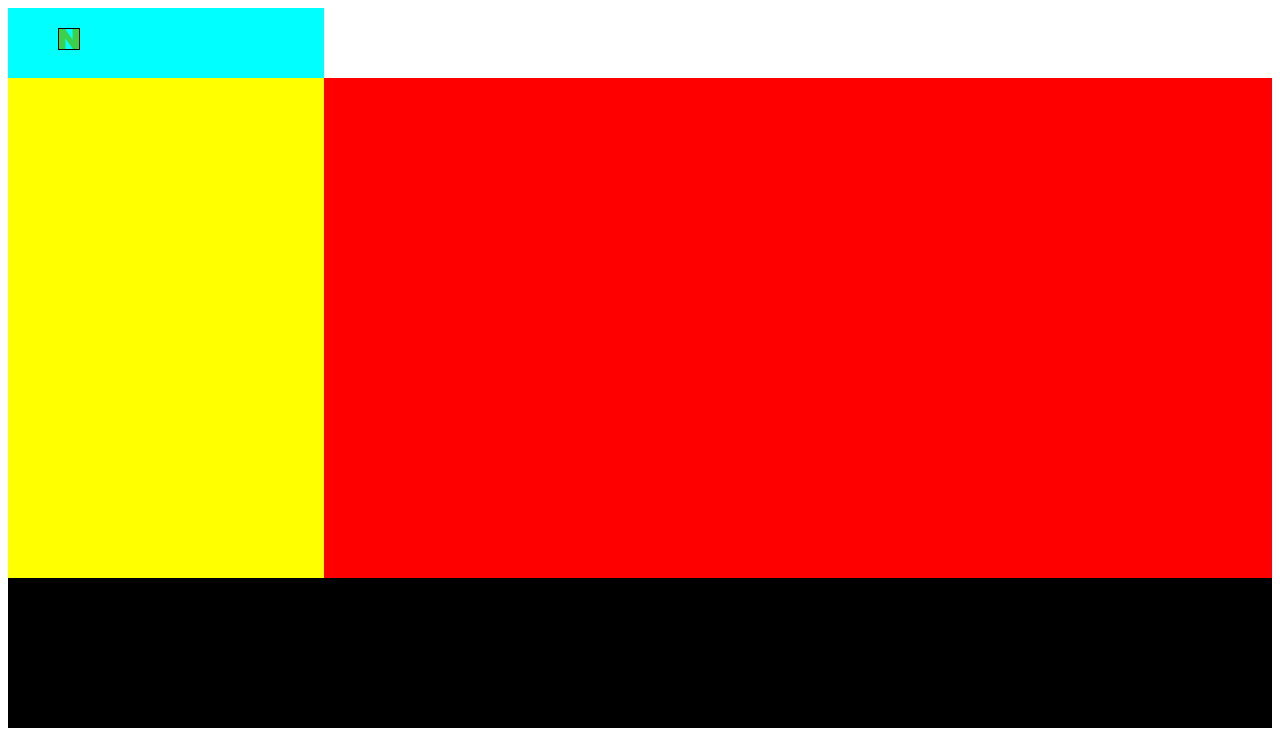
Repository: mireu930/Serverlet_App
Page: src/build/classes/webapp/template/layout.html
These files come from the project's save history. The page is drawn as it stood at one moment and after the next save; the edit follows.
The browser window is 1280 px wide. The pictures show the whole page.

Above is the page before, as saved 2025-02-07 11:28:45.

### src/build/classes/webapp/template/layout.html
<!DOCTYPE html>
<html lang="en">
<head>
  <meta charset="UTF-8">
  <meta name="viewport" content="width=device-width, initial-scale=1.0">
  <title>Document</title>
  <style>
    header {
  width: 100%;
  height: 70px;
  /* background-color: gray; */
}

.wrap_left{
  display: flex;
}

.left {
  width: 25%;
  height: 100%;

}

.right {
  height: 100%;
}

.logo {
  background-color:aqua;
  padding: 50;
}

.logo img {
  border: 1px solid black;
  margin: 20px 50px;
}

.menu {
  background-color:gray;
}

.content {
  width: 100%;
  height: 500px;
  background-color: red;
}

.content_left {
background-color:yellow
}

.content_right {
  background-color:blue
}

footer {
  width: 100%;
  height: 150px;
  background-color: black;
}
  </style>
</head>
<body>
  <header class = "wrap_left">
    <div class = "left logo" >
      <img src = "/naver_sports/images/네이버.svg">
    </div>
    <div class = "right menu">

    </div>
  </header>
  <section class = "wrap_left content">
    <div class = " left content_left">

    </div>
    <div class = " right content_right">

    </div>
  </section>
  <footer class = "wrap_left">
    <div class = "left footer_left">

    </div>
    <div class = "right footer_right">

    </div>
  </footer>

</body>
</html>

After the next save:
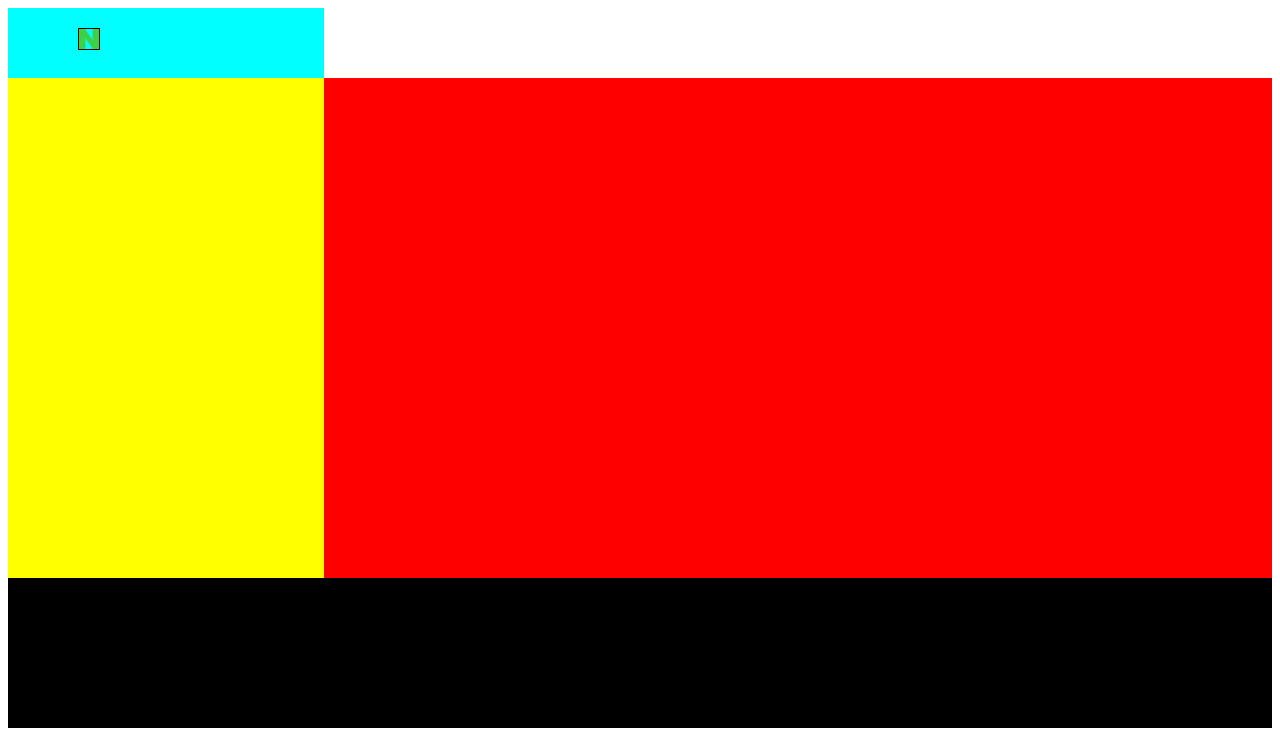
Saved 4 s later.
--- a/src/build/classes/webapp/template/layout.html
+++ b/src/build/classes/webapp/template/layout.html
@@ -32,7 +32,7 @@
 
 .logo img {
   border: 1px solid black;
-  margin: 20px 50px;
+  margin: 20px 70px;
 }
 
 .menu {
